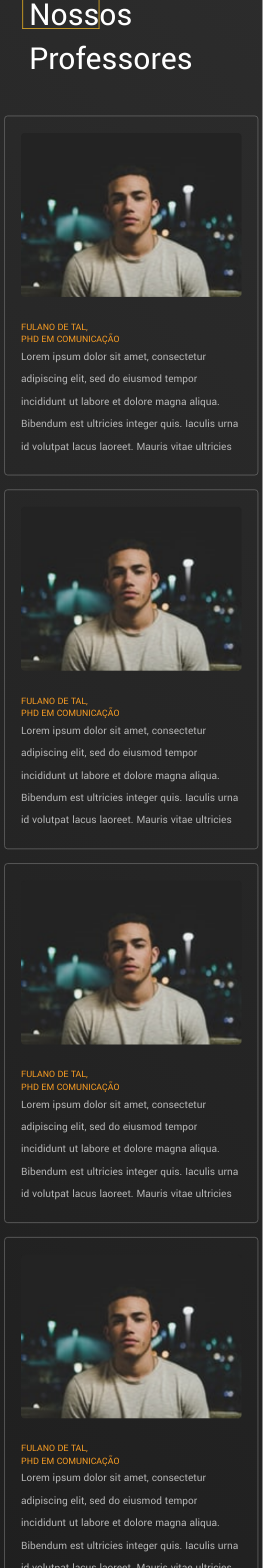
Repository: Rafael-Araujo-dev/Treinamento-Raccoon
Page: Projeto-2/index.html
The author's editor kept a copy of each file at every save. The page is drawn from the files as they stood at one save, then again after a run of saves.
The browser window is 375 px wide. The pictures show the part of the page from y = 4083 to 6323 px (the page is 7432 px tall), at 70% of full size.
Backgrounds fixed to the window are drawn as part of the page.

Above is the page before, as saved 2021-09-23 16:54:26.

After the next 3 saves:
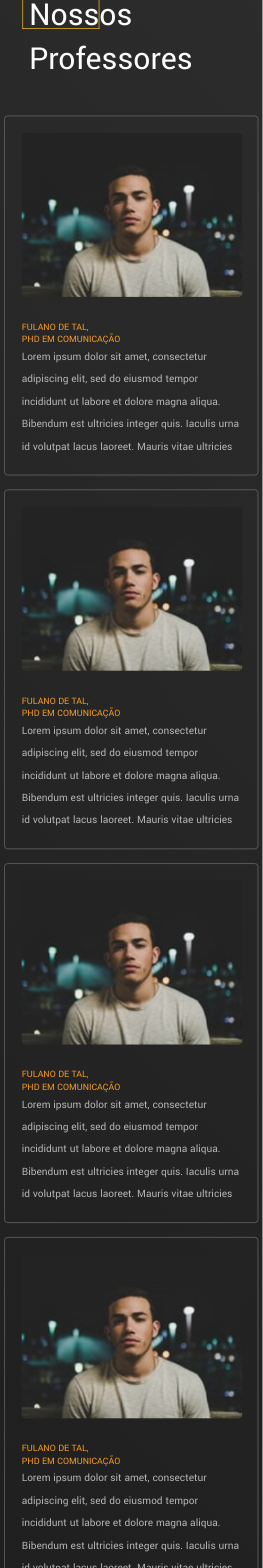
The 3 saves are shown as one change because they came seconds apart.
The last was saved 6 s later.
--- a/Projeto-2/css/style.css
+++ b/Projeto-2/css/style.css
@@ -734,6 +734,9 @@
 }
 
 @media(max-width: 450px) {
+    .our-teachers .card-image {
+        width: 23px !important;
+    }
 
     .our-teachers .card-container {
         margin-top: 50px;
